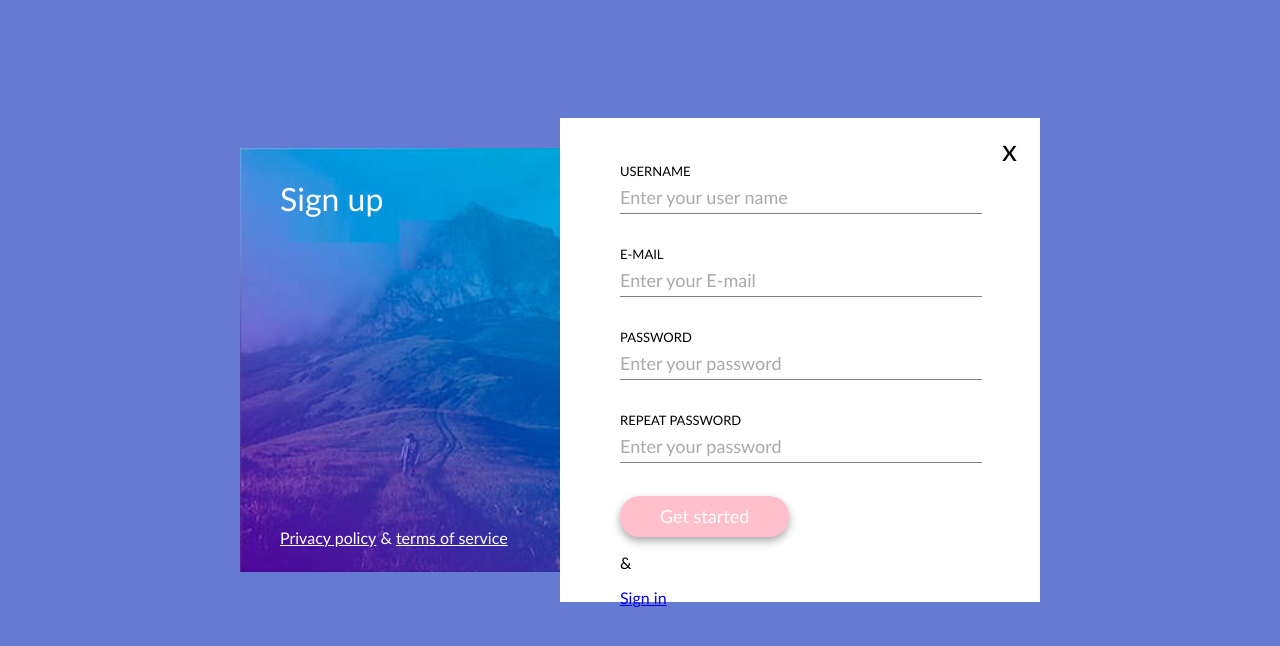
Repository: RugileG/registracijos-forma
Page: index.html
An editor plug-in stored every save of this project. The page is shown before and after a run of saves, followed by the edit.
The browser window is 1280 px wide. The pictures show the whole page.

Above is the page before, as saved 2021-05-19 10:27:31.

### index.html
<!DOCTYPE html>
<html lang="en">
<head>
    <meta charset="UTF-8">
    <meta http-equiv="X-UA-Compatible" content="IE=edge">
    <meta name="viewport" content="width=device-width, initial-scale=1.0">
    <title>Registracija</title>
    <style>

        html {
            height: 100%;
        }

        body {
            max-width: 800px;
            min-height: 100%;
            margin: 0 auto;
            position: relative;
            background-color: #657AD3;
            font: normal normal normal 16px/19px Gill Sans MT;
        }

        .container {
            width: 100%;
            position: absolute;
            top: 50%;
            transform: translateY(-50%);
        }

        .left-column, .right-column {
            float:left;
            height: 484px;
        }

        .left-column {
            width: 40%;
            background-color: transparent;
        }

        .right-column {
            width: 60%;
            background-color: #FFFFFF ;
            position: relative;
        }

        .left-column-container {
            display: block;
            height: 424px;
            background-color: red;
            margin-top: 30px;
            background: transparent url('img/mountain.png') 0% 0% no-repeat padding-box;
            background-size: cover;
            padding-left: 40px;
            position:relative;
        }

        .right-column-container {
            padding-left: 60px;
            padding-top: 46px;
            padding-right: 60px;
            padding-bottom: 46px;
        }

        h1 {
            font: normal normal normal 32px/37px Gill Sans MT;
            color: #FFFFFF;
            margin: 0;
            padding-top: 32px;
        }

        .left-column p, .left-column a {
            display: inline-block;
            font: normal normal normal 16px/19px Gill Sans MT;
            color: #FFFFFF;
            margin: 0;
        }

        .links {
            position: absolute;
            bottom: 25px;
        }

        label {
            display:block;
            font: normal normal normal 13px/15px Gill Sans MT;
            color: #000000;
            padding-bottom:12px;
        }


        .input {
            margin-bottom: 33px;
        }

        input {
            display: block;
            border: none;
            width: 100%;
            padding-left: 0;
            padding-bottom: 6px;
            border-bottom: 1px solid #808080;
        }

        input:focus {
            border: none;
            outline: none;
            border-bottom: 1px solid #808080;
        }

        ::-webkit-input-placeholder {
            font: normal normal normal 18px/21px Gill Sans MT;
            color: #A9A9A9;
        }

        .btn {
            font: normal normal normal 18px/21px Gill Sans MT;
            color: #FFFFFF;
            background-color: #FFC0CB;
            border-radius: 20px;
            padding-left: 40px;
            padding-right:40px;
            padding-top: 10px;
            padding-bottom: 10px;
            border: none;
            box-shadow: 0 4px 8px darkgray;
        }

        .btn:hover {
            cursor:pointer;
            box-shadow: 0 4px 8px grey;
        }

        .close {
            font: normal normal normal 30px/35px Gill Sans MT;
            color: #000000;
            position:absolute;
            top: 14px;
            right: 23px;
        }

        .close:hover {
            color:#00008B;
        }

    </style>
</head>
<body>
    <div class='container'>
        <div class='left-column'>
            <div class='left-column-container'>
                <h1>Sign up</h1>

                <div class='links'>
                    <a href='#'>Privacy policy</a>
                    <p>&</p>
                    <a href='#'>terms of service</a>
                </div>
            </div>
        </div>
        <div class='right-column'>
            <div class='right-column-container'>
                <span class='close'>x</span>
                <div class='input'>
                    <label for='username'>USERNAME</label>
                    <input placeholder='Enter your user name' type='text' id='username' name='username' />
                </div>
                <div class='input'>
                    <label for='email'>E-MAIL</label>
                    <input placeholder='Enter your E-mail' type='text' id='email' name='email' />
                </div>
                <div class='input'>
                    <label for='password'>PASSWORD</label>
                    <input placeholder='Enter your password' type='text' id='password' name='password' />
                </div>
                <div class='input'>
                    <label for='repeat_password'>REPEAT PASSWORD</label>
                    <input placeholder='Enter your password' type='text' id='repeat_password' name='repeat_password' />
                </div>

                <div class='right-column-bottom-action'>
                    <button class='btn'>Get started</button>
                    <p>&</p>
                    <a href='#'>Sign in</a>
                </div>
            </div>
        </div>
    </div>
</body>
</html>

After the next 2 saves:
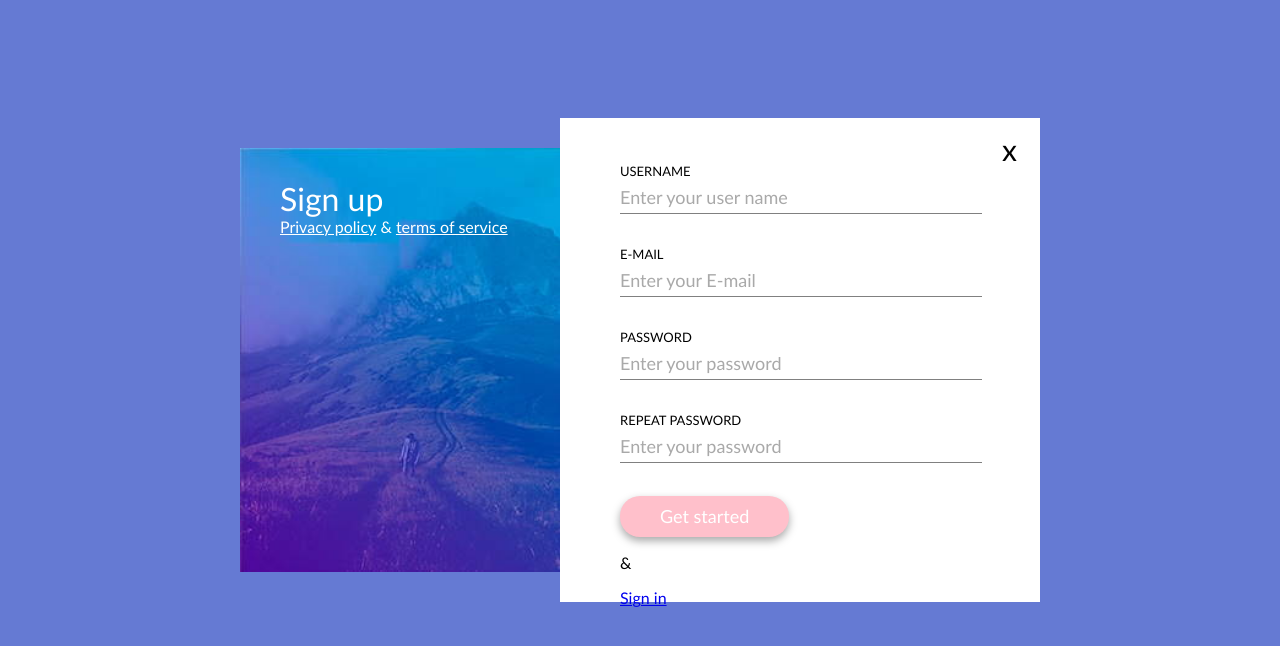
The 2 saves are shown as one change because they came seconds apart.
The last was saved 62 s later.
--- a/index.html
+++ b/index.html
@@ -74,6 +74,8 @@
             color: #FFFFFF;
             margin: 0;
         }
+
+        .right-column p
 
         .links {
             position: absolute;

After the save that followed:
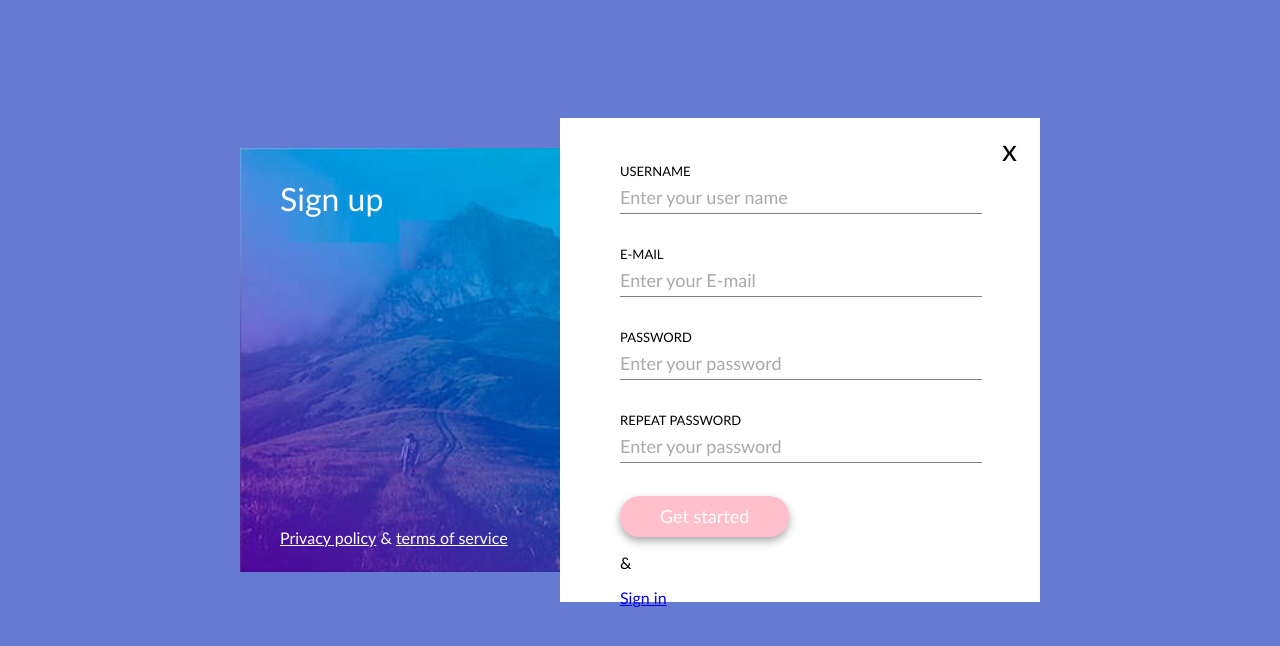
Saved 4 s later.
--- a/index.html
+++ b/index.html
@@ -75,7 +75,9 @@
             margin: 0;
         }
 
-        .right-column p
+        .right-column p {
+
+        }
 
         .links {
             position: absolute;
